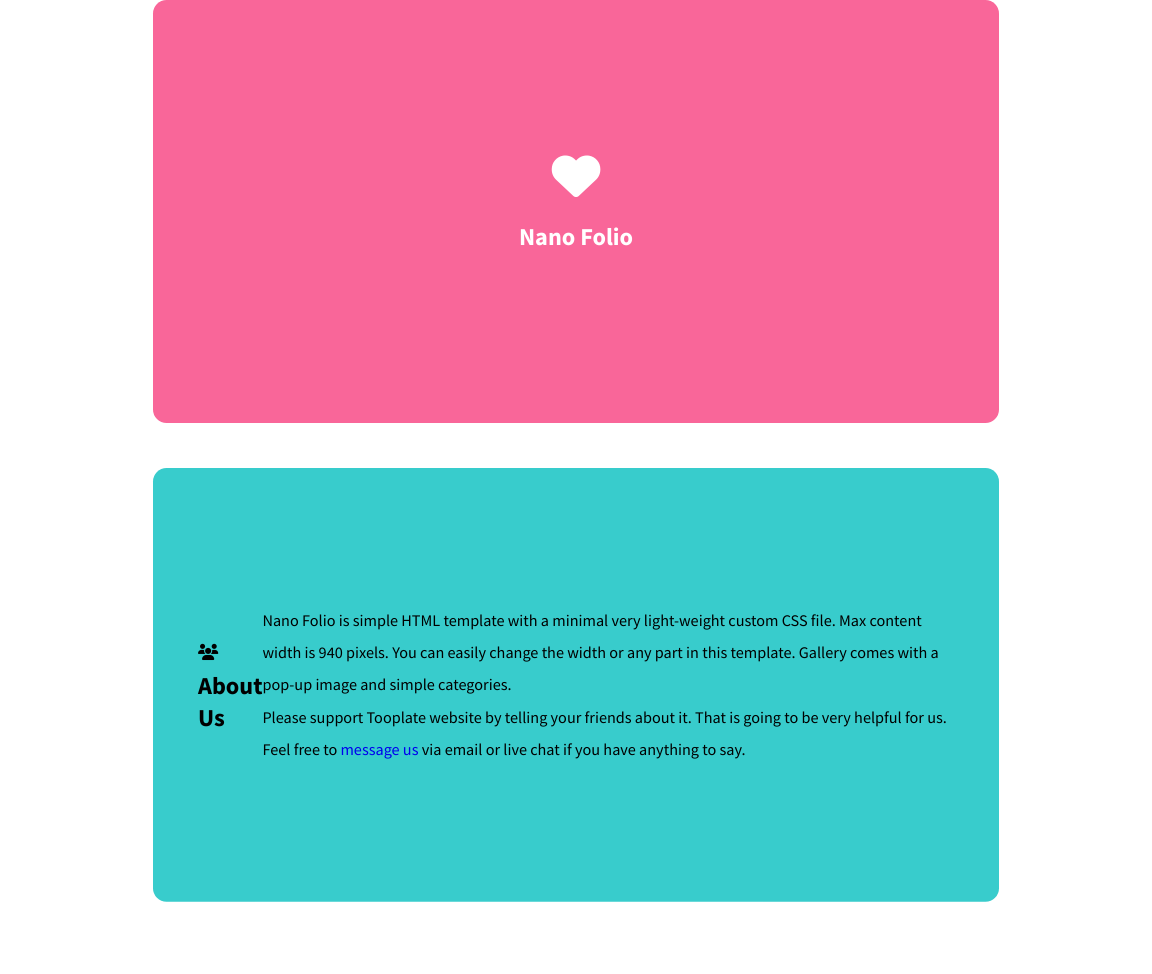
Repository: BuiVanVu102/Tooplate
Page: index.html
The author's editor kept a copy of each file at every save. The page is drawn from the files as they stood at one save, then again after the next save.
The browser window is 1280 px wide. The pictures show the whole page, at 90% of full size.
Some web libraries are served in a nearby version. The style sheet was rebuilt from its Sass, Less or Tailwind sources for each picture, by a compiler version that may differ from the author's.

Above is the page before, as saved 2021-11-16 09:47:09.

### index.html
<!DOCTYPE html>
<html lang="en">
<head>
	<meta charset="UTF-8">
	<meta http-equiv="X-UA-Compatible" content="IE=edge">
	<meta name="viewport" content="width=device-width, initial-scale=1.0">
	<link rel="preconnect" href="https://fonts.googleapis.com">
	<link rel="preconnect" href="https://fonts.gstatic.com" crossorigin>
	<link href="https://fonts.googleapis.com/css2?family=Source+Sans+Pro:wght@400;700&display=swap" rel="stylesheet">
	<link rel="stylesheet" href="./css/app.css">
	<title>Nano Folio - Live View</title>
</head>
<body>
		<div class="wrapper">
			<main>
				<section class="first">
					<div class="container">
						<div class="first__container">
							<i class="fas fa-heart fa-3x"></i>
							<h1 class="first__name">Nano Folio</h1>
						</div>
					</div>
				</section>
				<section class="about">
					<div class="container">
						<div class="about__container">
							<div class="about__heading">
								<i class="fas fa-users"></i>
								<h2 class="about__name">
									About Us
								</h2>
							</div>
							<div class="about__desc">
								<p class="about__typography1">
									Nano Folio is simple HTML template with a minimal very light-weight custom CSS file. Max content width is 940 pixels. You can easily change the width or any part in this template. Gallery comes with a pop-up image and simple categories.
								</p>
								<p class="about__typography2">
									Please support Tooplate website by telling your friends about it. That is going to be very helpful for us. Feel free to <a rel="nofollow" href="https://www.tooplate.com/contact" target="_blank">message us</a>  via email or live chat if you have anything to say.
								</p>
							</div>
						</div>
					</div>
				</section>
				<section class="show">
					<div class="container">
						<div class="show__container">

						</div>
					</div>
				</section>
				<section class="form">
					<div class="container">
						<div class="form__container">
						</div>
					</div>
				</section>
			</main>
		</div>
		<script src="https://kit.fontawesome.com/33b4a28a88.js" crossorigin="anonymous"></script>
</body>
</html>

### sass/app.scss
@import 'variable';
@import 'reset';
@import 'global';
@import 'first';
@import 'about';

### sass/_variable.scss
$font: 'Source Sans Pro', sans-serif;
$text-color: #ffff;
$title-color: #38cccc;

### sass/_reset.scss
html {
	box-sizing: border-box;
  }
  * {
	margin: 0;
	padding: 0;
  }
  *,
  *:before,
  *:after {
	box-sizing: border-box;
  }
  input,
  textarea,
  select,
  button {
	outline: none;
  }
  input {
	line-height: normal;
  }
  label,
  button {
	cursor: pointer;
  }
  a {
	text-decoration: none;
  }
  img {
	display: block;
	max-width: 100%;
  }

### sass/_global.scss
body {
	line-height: 2em;
	color: $font;
	font-size: 18px;
	font-family: $font;
	font-weight: 400;
	background-color: white;
	overflow-x: hidden;
}

.wrapper {
	max-width: 100%;
	margin: 0 auto;
}
.container {
	width: 100%;
	max-width: 970px;
	margin: 0 auto;
	padding: 0px 15px;
}

### sass/_first.scss
.first {
	&__container{
		display: flex;
		flex-direction: column;
		justify-content: center;
		align-items: center;
		border-radius: 15px;
		max-width: 940px;
		height: 470px;
		background-color: #f96699;
		color: white;
		margin-bottom: 50px;

	}
	&__name {
		margin: 22px 0;
	}
}
.fa-hear:before {
	content: "\f004";
}
.container {
	margin-bottom: 0;
}

### sass/_about.scss
.about {
	margin-top: 0px;
	&__container {
		display: flex;
		justify-content: center;
		align-items: center;

		padding: 50px 50px;
		margin-bottom: 80px;

		height: 482px;
		max-width: 940px;
		background-color: #38cccc;

		border-radius: 15px;
	}
}

After the next save:
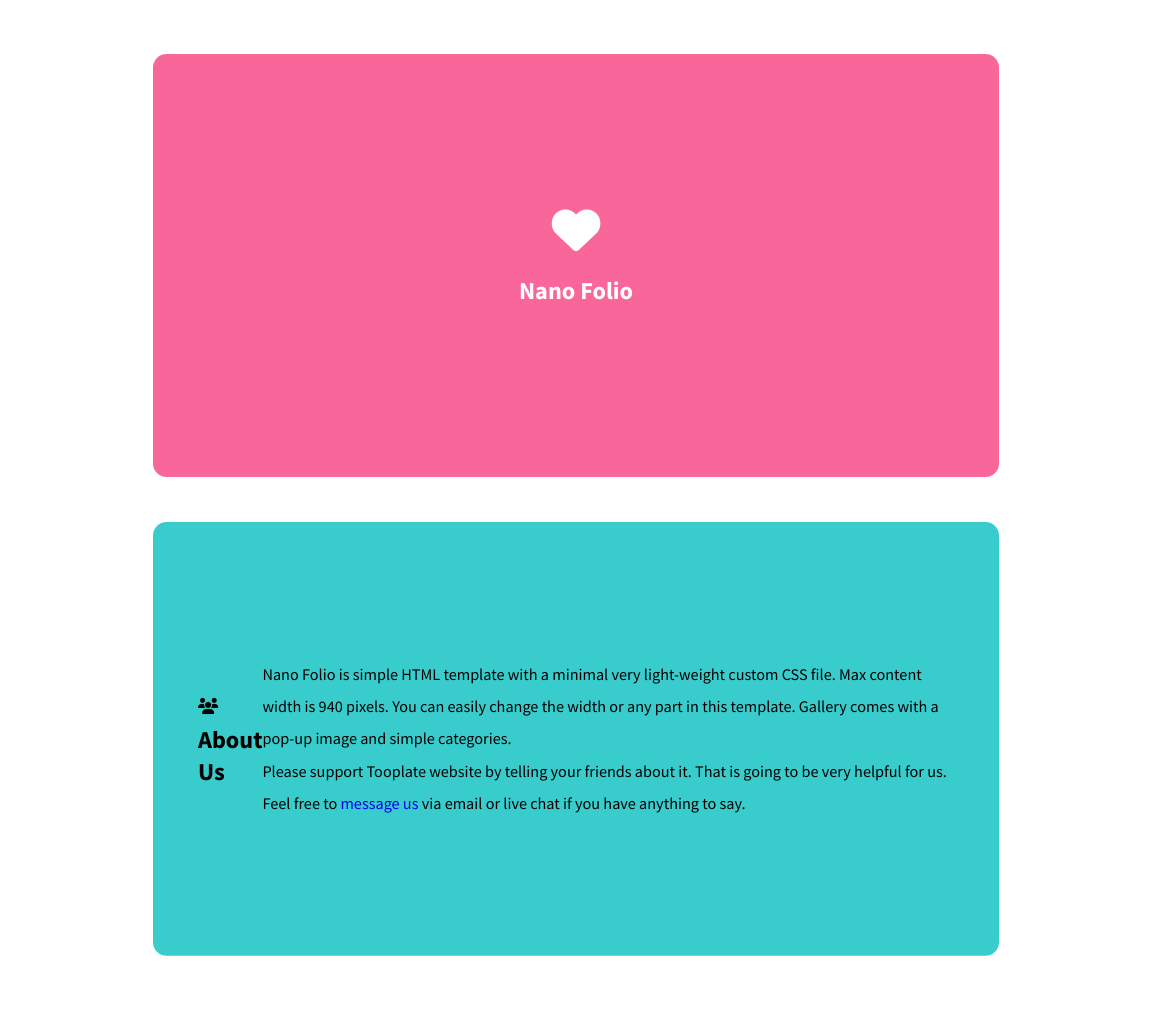
Saved 26 s later.
--- a/sass/_first.scss
+++ b/sass/_first.scss
@@ -1,4 +1,5 @@
 .first {
+	margin-top: 60px;
 	&__container{
 		display: flex;
 		flex-direction: column;
@@ -19,6 +20,3 @@
 .fa-hear:before {
 	content: "\f004";
 }
-.container {
-	margin-bottom: 0;
-}
